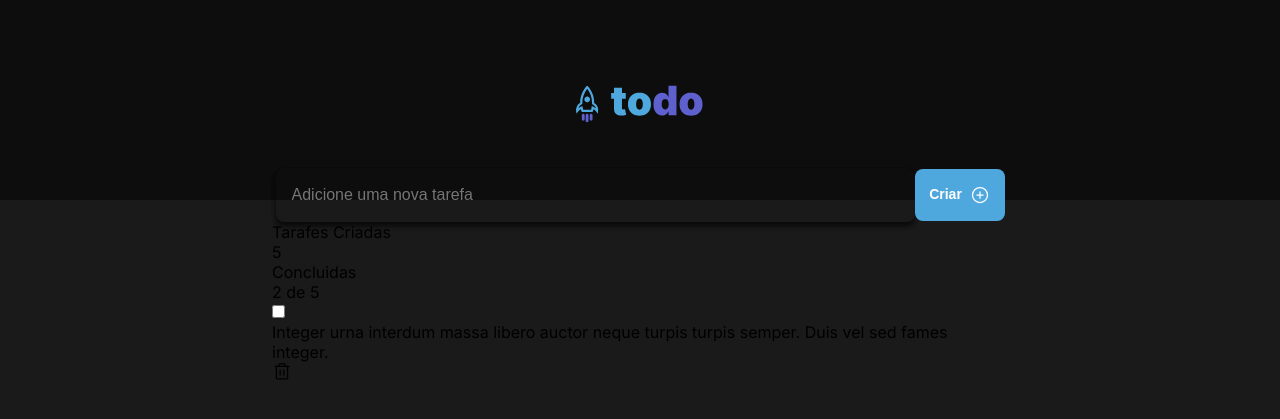
Repository: guilhermecardoso93/todolistreact
Page: /
The author's editor kept a copy of each file at every save. The page is drawn from the files as they stood at one save, then again after the next save.
The browser window is 1280 px wide. The pictures show the whole page.
The project was rebuilt for these pictures with package versions that can differ from the ones it lists, and the page was loaded fresh each time. Also part of the build but not shown: vite.config.ts.

Above is the page before, as saved 2022-07-02 18:51:35.

After the next save:
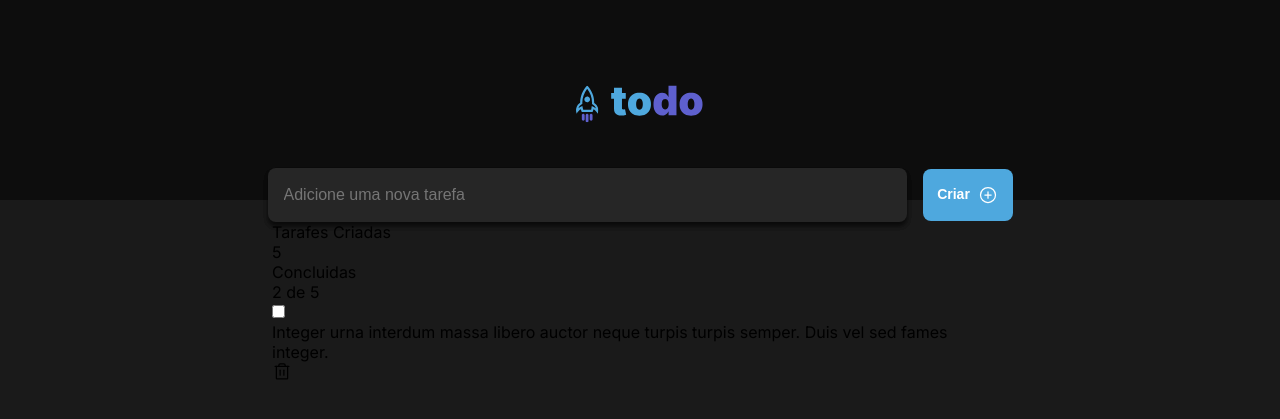
Saved 38 s later.
--- a/src/TasksBar.module.css
+++ b/src/TasksBar.module.css
@@ -3,10 +3,11 @@
   align-items: center;
   justify-content: center;
   margin-top:-2rem;
+  gap:1rem;
 }
 
 .container input {
-  background: var(--grey-500);
+  background-color: var(--gray-500);
   color: var(--gray-300);
   width: 639px;
   padding: 1rem;
